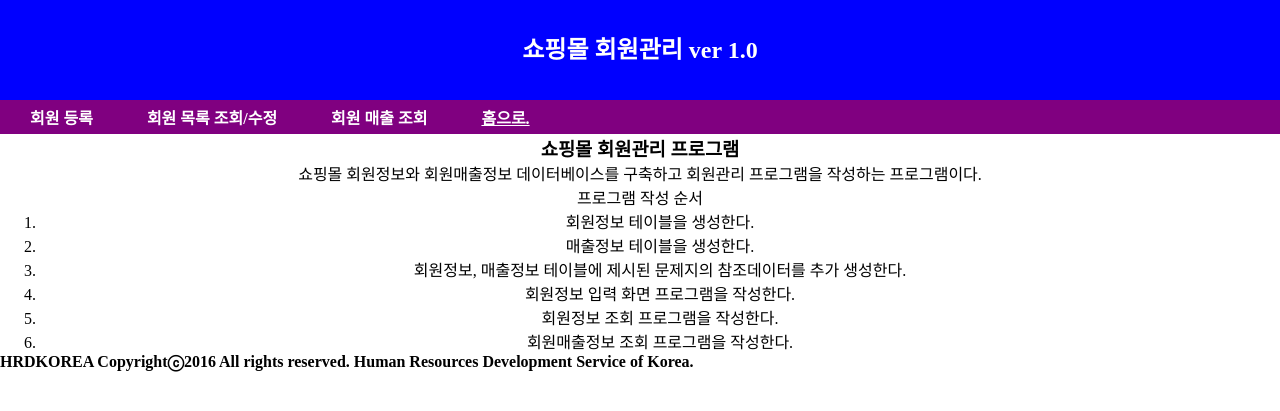
Repository: brightjy/Today-what-I-practiced
Page: http://localhost/HRD_900108/main/main.jsp
These files come from the project's save history. The page is drawn as it stood at one moment and after the next save; the edit follows.
The browser window is 1280 px wide. The pictures show the whole page.
The page is served by Tomcat 9.

Above is the page before, as saved 2020-05-09 11:40:23.

### hrdkorea_0509/HRD_900108/WebContent/main/main.jsp
<%@ page language="java" contentType="text/html; charset=UTF-8"
    pageEncoding="UTF-8"%>
<!DOCTYPE html>
<html>
<head>
<meta charset="UTF-8">
<title>Insert title here</title>
<style>
	*{
		margin:0 auto;
	}
	header{
		height:100px;
	}
	header {
		background-color:blue;
	}
	header h2{
		text-align:center;
		line-height:100px;
		color:white;
	}
	nav{
		background-color:purple;
		padding:5px 0 5px 30px;
	}
	nav a{
		color: white;
		font-weight:bold;
		padding-right:50px;
	}
	section{
		text-align:center;
	}
</style>
</head>
<body>
	<jsp:include page="../main/header.jsp"/>
	<section>
		<h3>쇼핑몰 회원관리 프로그램</h3>
		<p>쇼핑몰 회원정보와 회원매출정보 데이터베이스를 구축하고 회원관리 프로그램을 작성하는 프로그램이다.</p>
		<p>프로그램 작성 순서</p>
		<ol>
			<li>회원정보 테이블을 생성한다.</li>
			<li>매출정보 테이블을 생성한다.</li>
			<li>회원정보, 매출정보 테이블에 제시된 문제지의 참조데이터를 추가 생성한다.</li>
			<li>회원정보 입력 화면 프로그램을 작성한다.</li>
			<li>회원정보 조회 프로그램을 작성한다.</li>
			<li>회원매출정보 조회 프로그램을 작성한다.</li>
		</ol>
	</section>
	<jsp:include page="../main/footer.jsp"/>
</body>
</html>

### hrdkorea_0509/HRD_900108/WebContent/main/header.jsp
<%@ page language="java" contentType="text/html; charset=UTF-8"
    pageEncoding="UTF-8"%>
<!DOCTYPE html>
<html>
<head>
<meta charset="UTF-8">
<title>Insert title here</title>

</head>
<body>
	<header>
		<h2>쇼핑몰 회원관리 ver 1.0</h2>
	</header>
	<nav>
		<a>회원 등록</a>
		<a>회원 목록 조회/수정</a>
		<a>회원 매출 조회</a>
		<a href="main.do">홈으로.</a>
	</nav>
</body>
</html>

### hrdkorea_0509/HRD_900108/WebContent/main/footer.jsp
<%@ page language="java" contentType="text/html; charset=UTF-8"
    pageEncoding="UTF-8"%>
<!DOCTYPE html>
<html>
<head>
<meta charset="UTF-8">
<title>Insert title here</title>
</head>
<body>
	<footer>
		<h4>HRDKOREA Copyrightⓒ2016 All rights reserved. Human Resources Development Service of Korea.</h4>
	</footer>
</body>
</html>

After the next save:
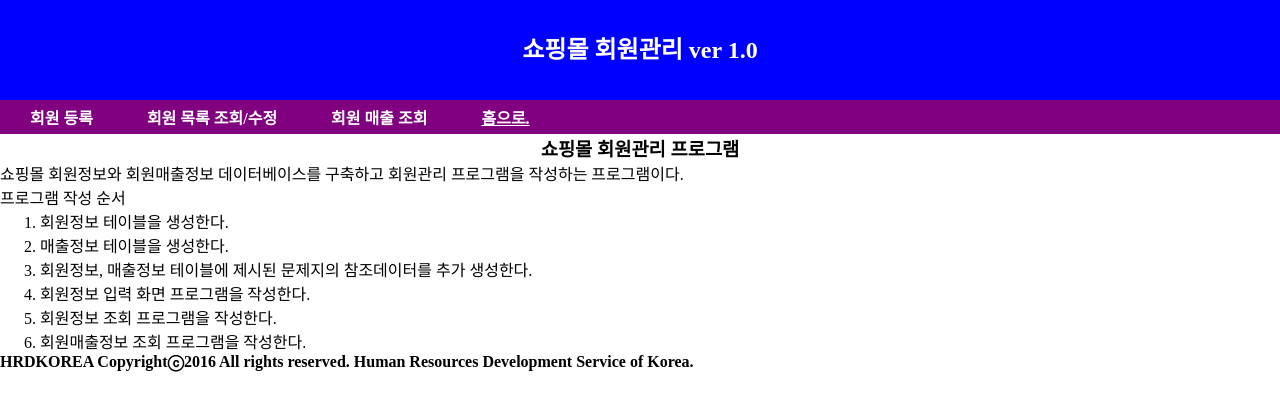
Saved 36 s later.
--- a/hrdkorea_0509/HRD_900108/WebContent/main/main.jsp
+++ b/hrdkorea_0509/HRD_900108/WebContent/main/main.jsp
@@ -29,7 +29,7 @@
 		font-weight:bold;
 		padding-right:50px;
 	}
-	section{
+	section h3{
 		text-align:center;
 	}
 </style>
